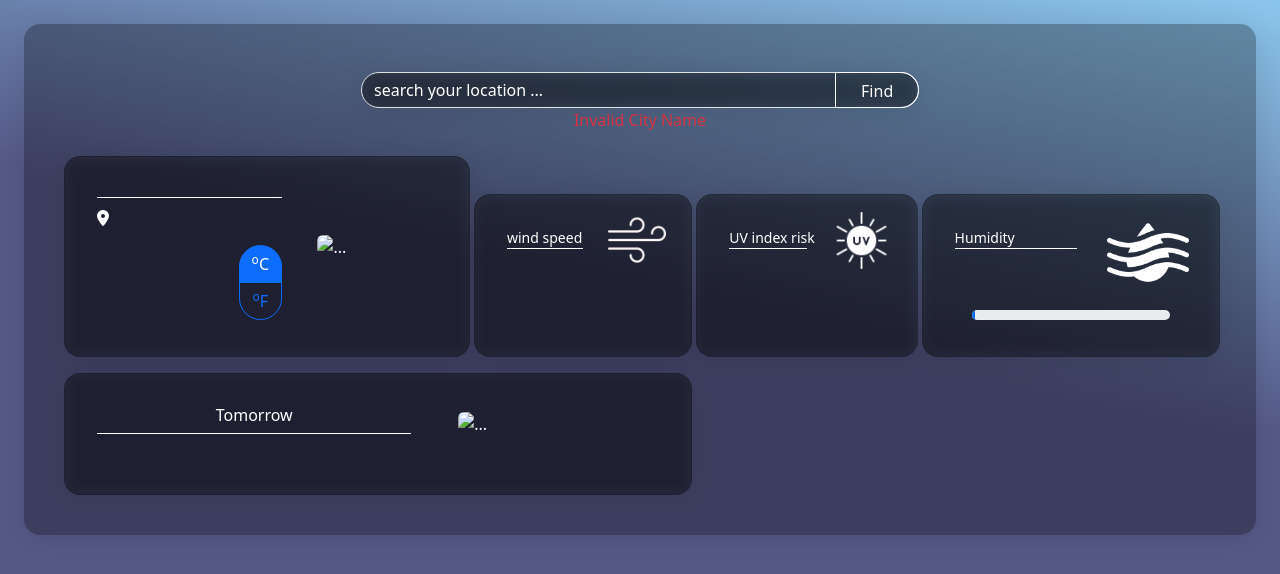
Repository: Mohamed-Farraj/weather-JS5
Page: index.html
An editor plug-in stored every save of this project. The page is shown before and after a run of saves, followed by the edit.
The browser window is 1280 px wide. The pictures show the whole page.
The page's requests for data from a server got no answer.

Above is the page before, as saved 2025-07-02 14:37:33.

After the next 2 saves:
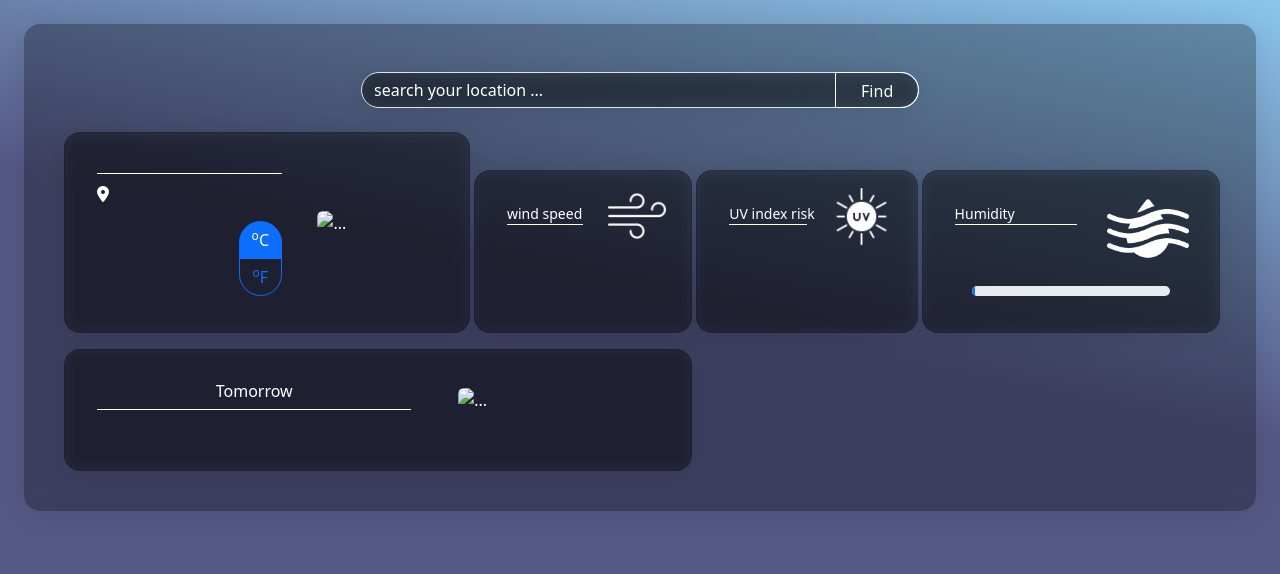
Console error: SyntaxError: Unexpected token '}'
The 2 saves are shown as one change because they came seconds apart.
The last was saved 59 s later.
--- a/script/script.js
+++ b/script/script.js
@@ -491,7 +491,7 @@ function future(obj) {
                     <small class="h6" id="dayNameT">${
                       days[fDate.getDay()]
                     }</small>
-                    <small class="h6"><small></small></small>
+                    <small class="h6"><small>${}</small></small>
                   </div>
                   <span class="card-text d-flex align-items-center justify-content-between">
                     <h1 id="tempT">
